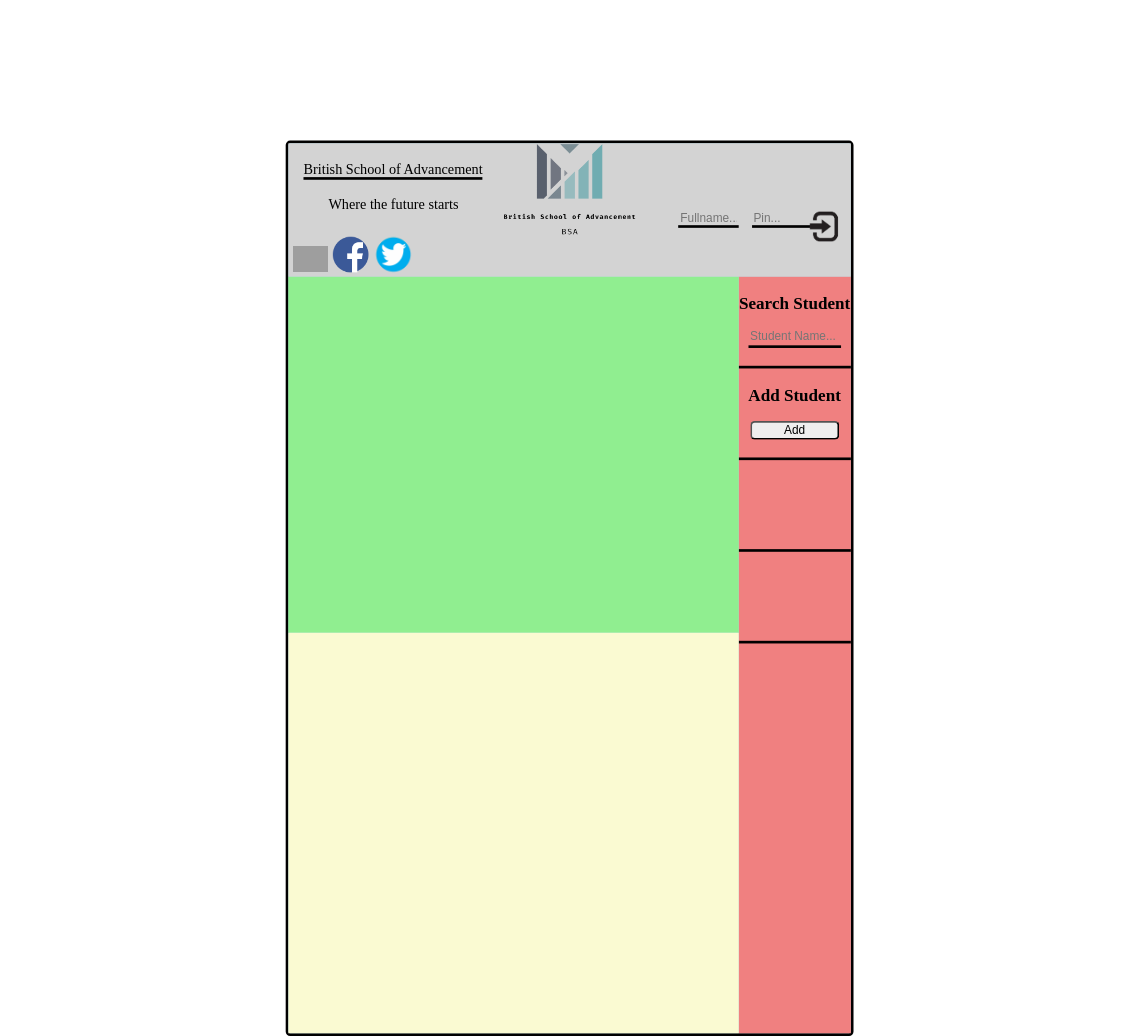
Repository: ghend99/School-app
Page: index.html
The author's editor kept a copy of each file at every save. The page is drawn from the files as they stood at one save, then again after the next save.
The browser window is 1280 px wide. The pictures show the whole page, at 89% of full size.
Pictures or frames that could not be fetched are drawn as grey boxes.

Above is the page before, as saved 2023-03-24 14:01:11.

After the next save:
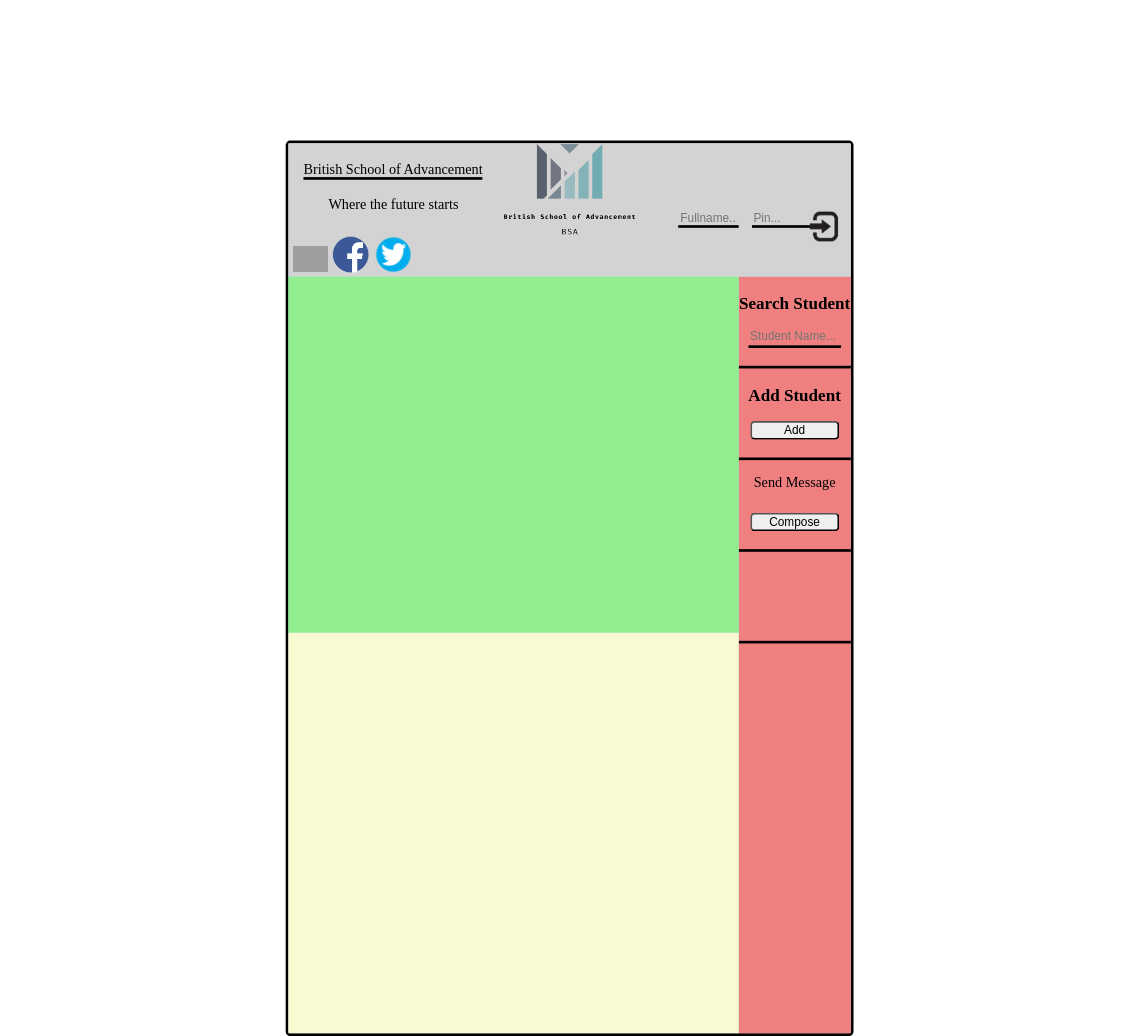
Saved 2 min 12 s later.
--- a/index.html
+++ b/index.html
@@ -55,7 +55,10 @@
           <p class="sidebar-link-header">Add Student</p>
           <button class="sidebar-link-button">Add</button>
         </div>
-        <div id="sidebar-link"></div>
+        <div id="sidebar-link">
+          <p>Send Message</p>
+          <button class="sidebar-link-button">Compose</button>
+        </div>
         <div id="sidebar-link"></div>
       </div>
 
